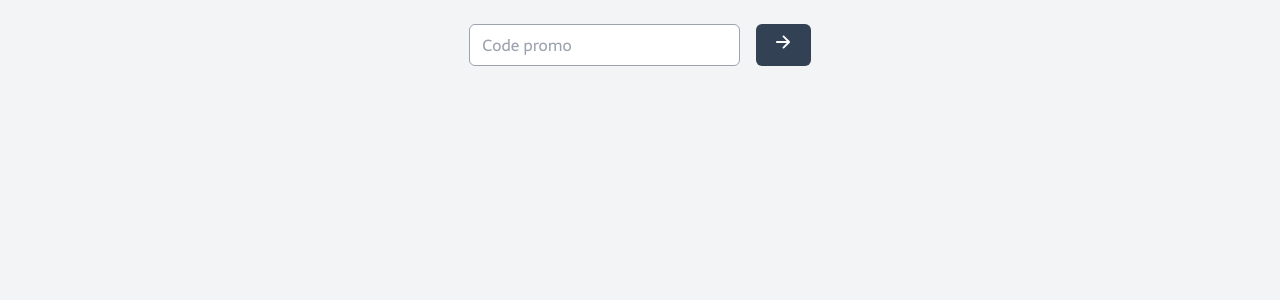
Repository: darlino/gotyu_shopify_section
Page: reduction_input210223/index.html
An editor plug-in stored every save of this project. The page is shown before and after a run of saves, followed by the edit.
The browser window is 1280 px wide. The pictures show the whole page.
Some web libraries are served in a nearby version.

Above is the page before, as saved 2023-02-21 22:02:43.

### reduction_input210223/index.html
<!DOCTYPE html>
<html lang="en">
  <head>
    <meta charset="UTF-8" />
    <meta http-equiv="X-UA-Compatible" content="IE=edge" />
    <meta name="viewport" content="width=device-width, initial-scale=1.0" />
    <title>Document</title>
    <link rel="preconnect" href="https://fonts.googleapis.com" />
    <link rel="preconnect" href="https://fonts.gstatic.com" crossorigin />
    <link
      href="https://fonts.googleapis.com/css2?family=Sarala&display=swap"
      rel="stylesheet"
    />
    <link rel="stylesheet" href="style.css" />
    <script src="https://cdn.tailwindcss.com"></script>
    <script
      type="module"
      src="https://unpkg.com/ionicons@5.5.2/dist/ionicons/ionicons.esm.js"
    ></script>
    <script
      nomodule
      src="https://unpkg.com/ionicons@5.5.2/dist/ionicons/ionicons.js"
    ></script>
  </head>
  <body>
    <section id="reduction210223">
      <div class="max-w-[1300px] h-screen flex flex-col mx-auto bg-gray-100">
        <div
          class="flex flex-col md:px-32 px-8 py-6 justify-center items-center"
        >
          <div class="flex flex-row justify-between space-x-4 md:w-1/3 w-full">
            <input
              type="text"
              class="px-3 w-5/6 py-2 border outline-none border-1 border-gray-400 bg-white rounded-md"
              placeholder="Code promo"
            />
            <button
              type="text"
              class="px-2 w-1/6 py-2 bg-slate-700 rounded-md text-center"
            >
              <ion-icon
                name="arrow-forward-outline"
                class="text-xl bg-none text-white"
              ></ion-icon>
            </button>
          </div>
        </div>
      </div>
    </section>
  </body>
</html>

### reduction_input210223/style.css
* {
  margin: 0;
  padding: 0;
  font-family: "Sarala", sans-serif;
}
#reduction {
  width: 100%;
  height: 100%;
}

After the next 2 saves:
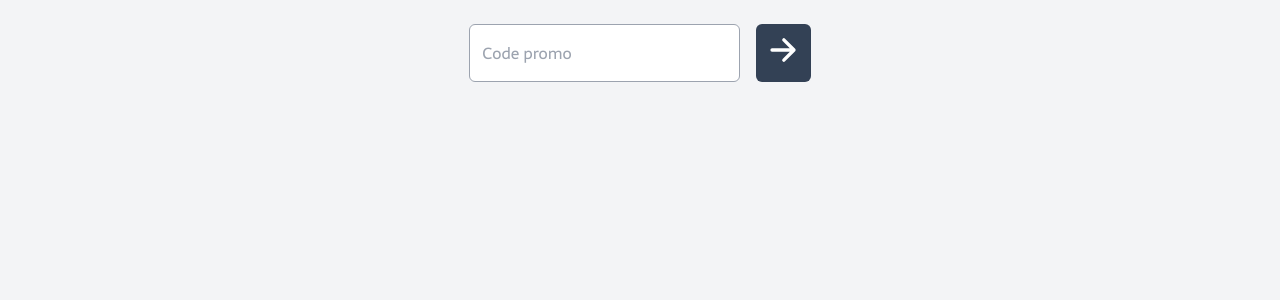
The 2 saves are shown as one change because they came seconds apart.
The last was saved 8 s later.
--- a/reduction_input210223/index.html
+++ b/reduction_input210223/index.html
@@ -40,7 +40,7 @@
             >
               <ion-icon
                 name="arrow-forward-outline"
-                class="text-xl bg-none text-white"
+                class="text-4xl bg-none text-white"
               ></ion-icon>
             </button>
           </div>
